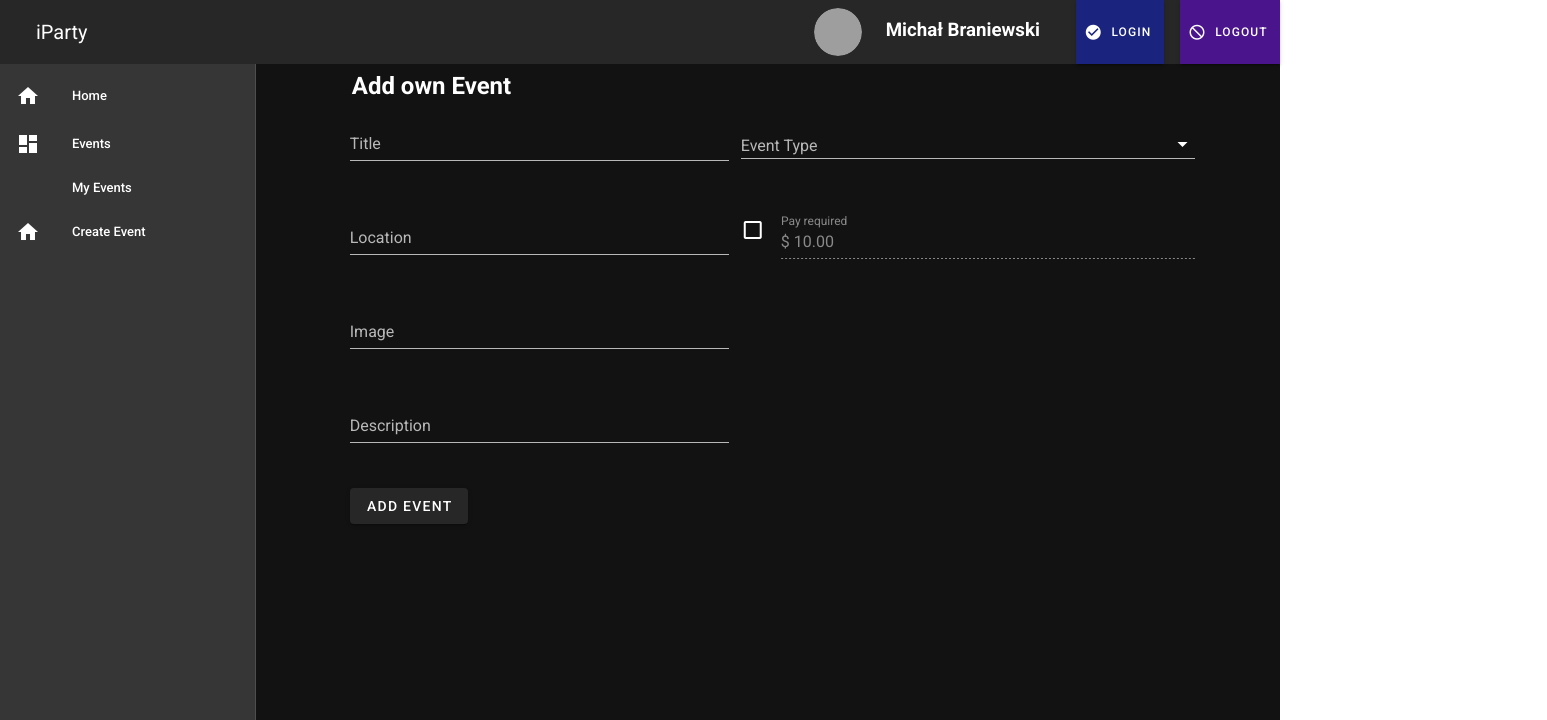
Repository: hexanek/partyapp
Page: /#/addevent
The author's editor kept a copy of each file at every save. The page is drawn from the files as they stood at one save, then again after the next save.
The browser window is 1280 px wide. The page is 1547 px wide, so the pictures cover 1547 px, including what lies to the right of the window. The pictures show the whole page.
Pictures or frames that could not be fetched are drawn as grey boxes. The project was rebuilt for these pictures with package versions that can differ from the ones it lists, and the page was loaded fresh each time. Also part of the build but not shown: vue.config.js, src/components/Popup.vue, src/components/Gmap.vue, src/components/Home.vue.

Above is the page before, as saved 2020-01-26 16:06:23.

After the next save:
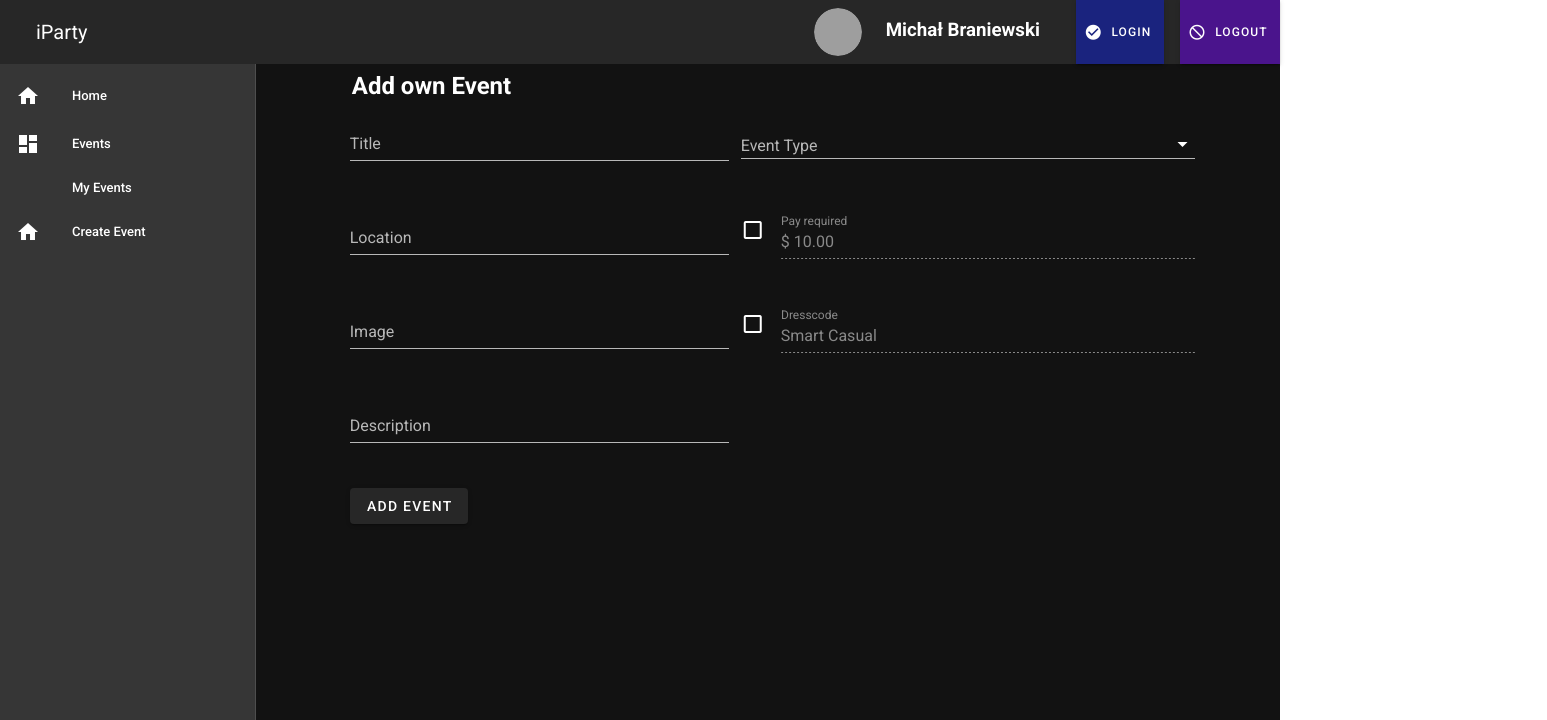
Saved 116 s later.
--- a/src/components/Event/EventForm.vue
+++ b/src/components/Event/EventForm.vue
@@ -57,6 +57,16 @@
                                 v-model="this.imageUrl"
                                 ></v-text-field>
                             </v-flex>
+                             <v-checkbox
+                               v-model="dresscode"
+                                  hide-details
+                                class="shrink mr-2 mt-5"
+                               ></v-checkbox>
+                               <v-text-field
+                               class="select"
+                               :disabled="!dresscode"
+                               value="Smart Casual"
+                               label="Dresscode"></v-text-field>
                         </v-layout>
                          <v-layout row>
                             <v-flex xs-12 offset-sm3 sm-3 col-4>
@@ -92,6 +102,7 @@ export default {
         imageUrl: '',
         types: ['Wydarzenie', 'Klub', 'Lokal', 'Plener', 'Koncert'],
         pay: false,
+        dresscode: false,
 
     }
   }
